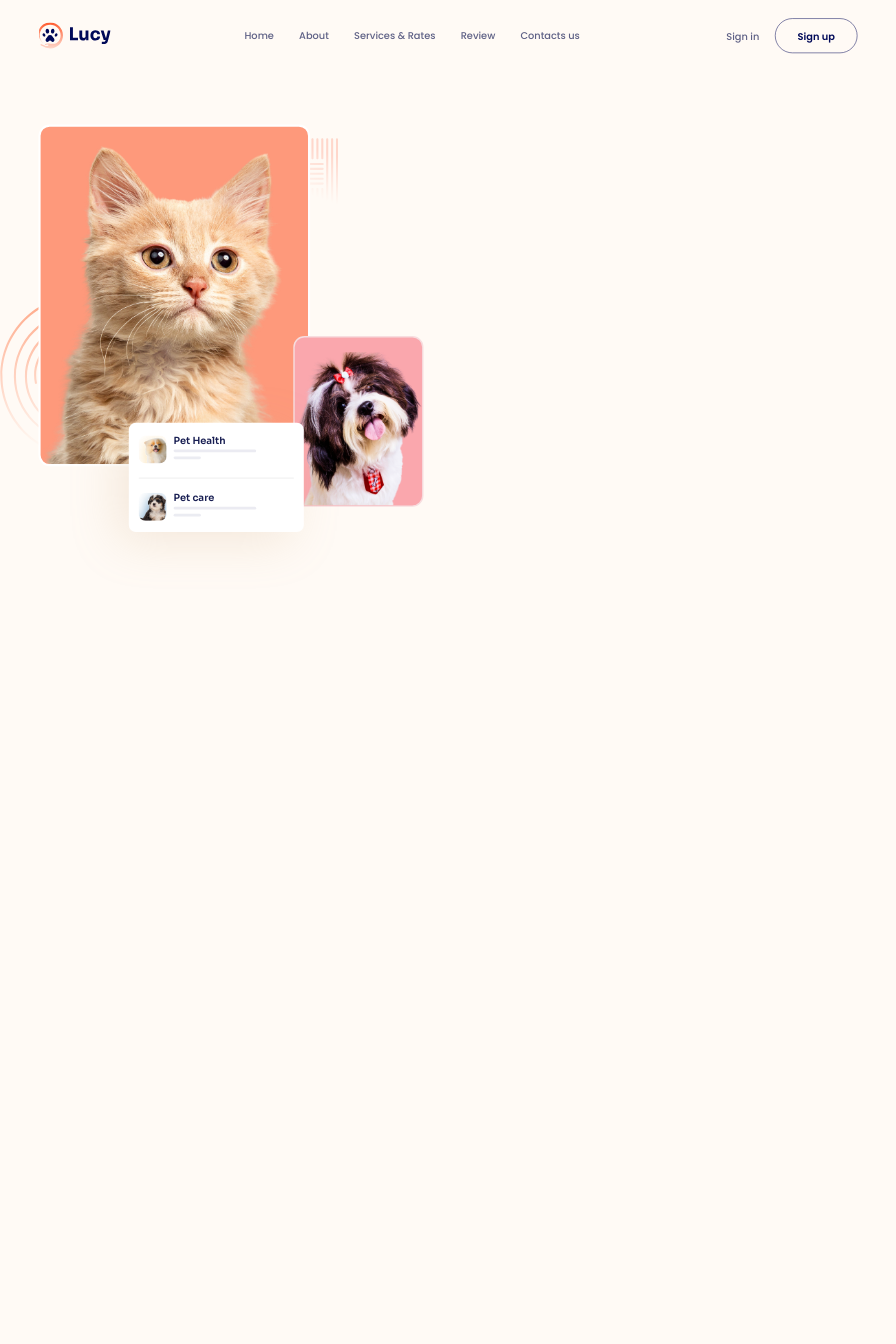
Repository: anhtien111198/f8-htmlcss-04
Page: index.html
These files come from the project's save history. The page is drawn as it stood at one moment and after the next save; the edit follows.
The browser window is 1280 px wide. The pictures show the part of the page from y = 0 to 1920 px (the page is 5000 px tall), at 70% of full size.

Above is the page before, as saved 2023-05-17 11:47:42.

### index.html
<!DOCTYPE html>
<html lang="en">
    <head>
        <meta charset="UTF-8" />
        <meta http-equiv="X-UA-Compatible" content="IE=edge" />
        <meta name="viewport" content="width=device-width, initial-scale=1.0" />
        <title>Lucy - Established &amp Trusted Pet Care Service</title>
        <!-- favicon -->
        <link
            rel="apple-touch-icon"
            sizes="57x57"
            href="./assets/favicon/apple-icon-57x57.png"
        />
        <link
            rel="apple-touch-icon"
            sizes="60x60"
            href="./assets/favicon/apple-icon-60x60.png"
        />
        <link
            rel="apple-touch-icon"
            sizes="72x72"
            href="./assets/favicon/apple-icon-72x72.png"
        />
        <link
            rel="apple-touch-icon"
            sizes="76x76"
            href="./assets/favicon/apple-icon-76x76.png"
        />
        <link
            rel="apple-touch-icon"
            sizes="114x114"
            href="./assets/favicon/apple-icon-114x114.png"
        />
        <link
            rel="apple-touch-icon"
            sizes="120x120"
            href="./assets/favicon/apple-icon-120x120.png"
        />
        <link
            rel="apple-touch-icon"
            sizes="144x144"
            href="./assets/favicon/apple-icon-144x144.png"
        />
        <link
            rel="apple-touch-icon"
            sizes="152x152"
            href="./assets/favicon/apple-icon-152x152.png"
        />
        <link
            rel="apple-touch-icon"
            sizes="180x180"
            href="./assets/favicon/apple-icon-180x180.png"
        />
        <link
            rel="icon"
            type="image/png"
            sizes="192x192"
            href="./assets/favicon/android-icon-192x192.png"
        />
        <link
            rel="icon"
            type="image/png"
            sizes="32x32"
            href="./assets/favicon/favicon-32x32.png"
        />
        <link
            rel="icon"
            type="image/png"
            sizes="96x96"
            href="./assets/favicon/favicon-96x96.png"
        />
        <link
            rel="icon"
            type="image/png"
            sizes="16x16"
            href="./assets/favicon/favicon-16x16.png"
        />
        <link rel="manifest" href="./assets/favicon/manifest.json" />
        <meta name="msapplication-TileColor" content="#ffffff" />
        <meta
            name="msapplication-TileImage"
            content="./assets/favicon/ms-icon-144x144.png"
        />
        <meta name="theme-color" content="#ffffff" />
        <!-- reset css-->
        <link rel="stylesheet" href="./assets/css/reset.css" />
        <!-- Embed font family-->
        <link rel="preconnect" href="https://fonts.googleapis.com" />
        <link rel="preconnect" href="https://fonts.gstatic.com" crossorigin />
        <link
            href="https://fonts.googleapis.com/css2?family=Poppins:wght@300;400;500;600&family=Sora:wght@400;500;600;700;800&display=swap"
            rel="stylesheet"
        />
        <!-- style css -->
        <link rel="stylesheet" href="./assets/css/style.css" />
    </head>
    <body style="height: 5000px">
        <!-- header -->
        <header class="header">
            <div class="container">
                <div class="header__inner">
                    <!-- logo -->
                    <img src="./assets/images/logo.svg" alt="" class="logo" />
                    <!-- navbar -->
                    <nav class="navbar">
                        <ul class="navbar__list">
                            <li class="navbar__item">
                                <a href="#!" class="navbar__link">Home</a>
                            </li>
                            <li class="navbar__item">
                                <a href="#!" class="navbar__link">About</a>
                            </li>
                            <li class="navbar__item">
                                <a href="#!" class="navbar__link">
                                    Services &amp Rates
                                </a>
                            </li>
                            <li class="navbar__item">
                                <a href="#!" class="navbar__link">Review</a>
                            </li>
                            <li class="navbar__item">
                                <a href="#!" class="navbar__link">
                                    Contacts us
                                </a>
                            </li>
                        </ul>
                    </nav>
                    <!-- header action -->
                    <div class="header-action">
                        <a href="#!" class="header-action__link">Sign in</a>
                        <a href="#!" class="header-action__btn btn">Sign up</a>
                    </div>
                </div>
            </div>
        </header>
        <!-- hero -->
        <section class="hero">
            <div class="container">
                <div class="hero__inner">
                    <!-- hero media -->
                    <div class="hero__media">
                        <div class="hero__img-wrap">
                            <img
                                src="./assets/images/pet-01.png"
                                alt=""
                                class="hero__img"
                            />
                            <!-- decorators -->
                            <img
                                src="./assets/images/decor-01.svg"
                                alt=""
                                class="hero__decor hero__decor-left"
                            />
                            <img
                                src="./assets/images/decor-02.svg"
                                alt=""
                                class="hero__decor hero__decor-right"
                            />
                        </div>
                        <div class="hero__img-wrap hero__img-wrap-small">
                            <img
                                src="./assets/images/pet-02.png"
                                alt=""
                                class="hero__img hero__img-small"
                            />
                        </div>
                        <div class="hero__list">
                            <section class="hero-list-item">
                                <img
                                    src="./assets/images/pet-03.png"
                                    alt=""
                                    class="hero-list-item__thumb"
                                />
                                <div class="hero-list-item__info">
                                    <p class="hero-list-item__title">
                                        Pet Health
                                    </p>
                                    <div class="hero-list-item__skeleton"></div>
                                    <div class="hero-list-item__skeleton"></div>
                                </div>
                            </section>
                            <div class="hero-list-item__separate"></div>
                            <section class="hero-list-item">
                                <img
                                    src="./assets/images/pet-04.png"
                                    alt=""
                                    class="hero-list-item__thumb"
                                />
                                <div class="hero-list-item__info">
                                    <p class="hero-list-item__title">
                                        Pet care
                                    </p>
                                    <div class="hero-list-item__skeleton"></div>
                                    <div class="hero-list-item__skeleton"></div>
                                </div>
                            </section>
                        </div>
                    </div>
                    <!-- hero content -->
                    <section class="hero__content"></section>
                </div>
            </div>
        </section>
    </body>
</html>

### assets/css/style.css
* {
    box-sizing: border-box;
}
html {
    font-size: 62.5%;
}
body {
    font-size: 1.6rem;
    font-family: "Poppins", sans-serif;
    background: #fffaf5;
}
/* ======================Common=================== */
a {
    text-decoration: none;
}
h1,
h2,
h3,
h4,
h5,
h6 {
    font-family: "Sora", sans-serif;
}
input,
textarea,
button,
select {
    font-size: inherit;
    font-family: inherit;
}
.container {
    width: 1170px;
    max-width: calc(100% - 48px);
    margin: 0 auto;
}
.btn {
    --height: 56px;
    display: inline-block;
    min-width: 130px;
    height: var(--height);
    line-height: var(--height);
    border: 1px solid rgba(0, 9, 88, 0.7);
    border-radius: 99px;
    font-weight: 600;
    font-size: 1.4rem;
    text-align: center;
    color: #000958;
}
.btn:hover {
    opacity: 0.9;
}
/* ===========header============== */
.header {
    position: sticky;
    top: -26px;
    z-index: 1;
    padding: 26px 0;
}
.header__inner {
    display: flex;
    align-items: center;
    justify-content: space-between;
}
.navbar__list {
    display: flex;
}
.navbar__link,
.header-action__link {
    padding: 8px 18px;
    font-weight: 500;
    font-size: 1.4rem;
    line-height: 1;
    color: #5e6085;
}
.navbar__link:hover {
    color: #000958;
    text-shadow: 1px 0 0 currentColor;
}
.header-action__btn {
    --height: 50px;
    min-width: 118px;
}
/* =======Hero======= */
.hero {
    margin-top: 76px;
}
.hero__inner {
    display: flex;
    align-items: center;
    justify-content: space-between;
}
.hero__media {
    display: flex;
    position: relative;
}
.hero__img-wrap {
    position: relative;
    display: flex;
    align-items: flex-end;
    justify-content: center;
    width: 388px;
    height: 488px;
    background: #fe997b;
    border-radius: 16px;
    border: 3px solid #fff;
}
.hero__img {
    max-width: 100%;
    max-height: 100%;
    border-radius: inherit;
}
.hero__decor {
    position: absolute;
    z-index: -1;
}
.hero__decor-left {
    left: -58px;
    bottom: 10px;
}
.hero__decor-right {
    top: 16px;
    right: -43px;
}
.hero__img-wrap-small {
    align-self: flex-end;
    width: 186px;
    height: 244px;
    margin: 0 0 -58px -24px;
    border: 2px solid #f7dddf;
    background: #faa7ad;
}
.hero__list {
    position: absolute;
    margin: 426px 0 0 129px;
    width: 250px;
    height: 156px;
    padding: 18px 14px;
    background: #fff;
    box-shadow: -17px 14px 68px -4px rgba(207, 174, 132, 0.25);
    border-radius: 10px;
}
.hero-list-item {
    display: flex;
}
.hero-list-item__thumb {
    width: 40px;
    height: 40px;
    border-radius: 10px;
    object-fit: cover;
}
.hero-list-item__info {
    margin-left: 10px;
}
.hero-list-item__title {
    font-family: "Sora", sans-serif;
    font-weight: 600;
    font-size: 1.4rem;
    line-height: 1;
    color: #181e52;
}
.hero-list-item__skeleton {
    margin-top: 6px;
    width: 118px;
    height: 4px;
    background: #000958;
    opacity: 0.08;
    border-radius: 10px;
}
.hero-list-item__skeleton:last-child {
    width: 39px;
}
.hero-list-item__separate {
    width: 100%;
    height: 2px;
    margin: 20px 0;
    border-radius: 99px;
    background: #f2f2f2;
}
.hero-list-item:nth-child(2) .hero-list-item__thumb {
    background: #c6e2fa;
}

Loaded but not shown: assets/css/reset.css (common file)

After the next save:
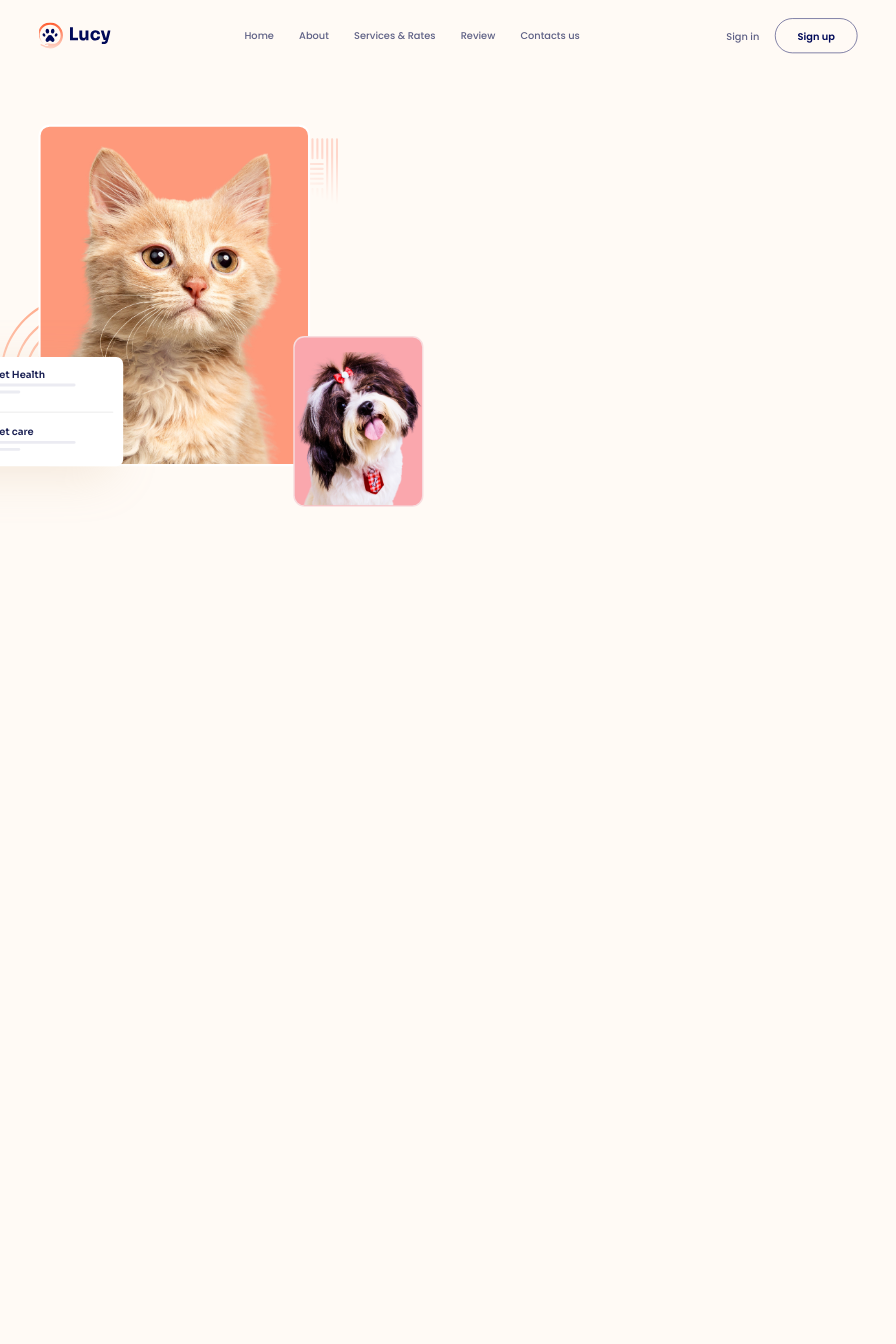
Saved 2 min 54 s later.
--- a/assets/css/style.css
+++ b/assets/css/style.css
@@ -131,7 +131,8 @@ select {
 }
 .hero__list {
     position: absolute;
-    margin: 426px 0 0 129px;
+    left: -129px;
+    bottom: 0;
     width: 250px;
     height: 156px;
     padding: 18px 14px;
